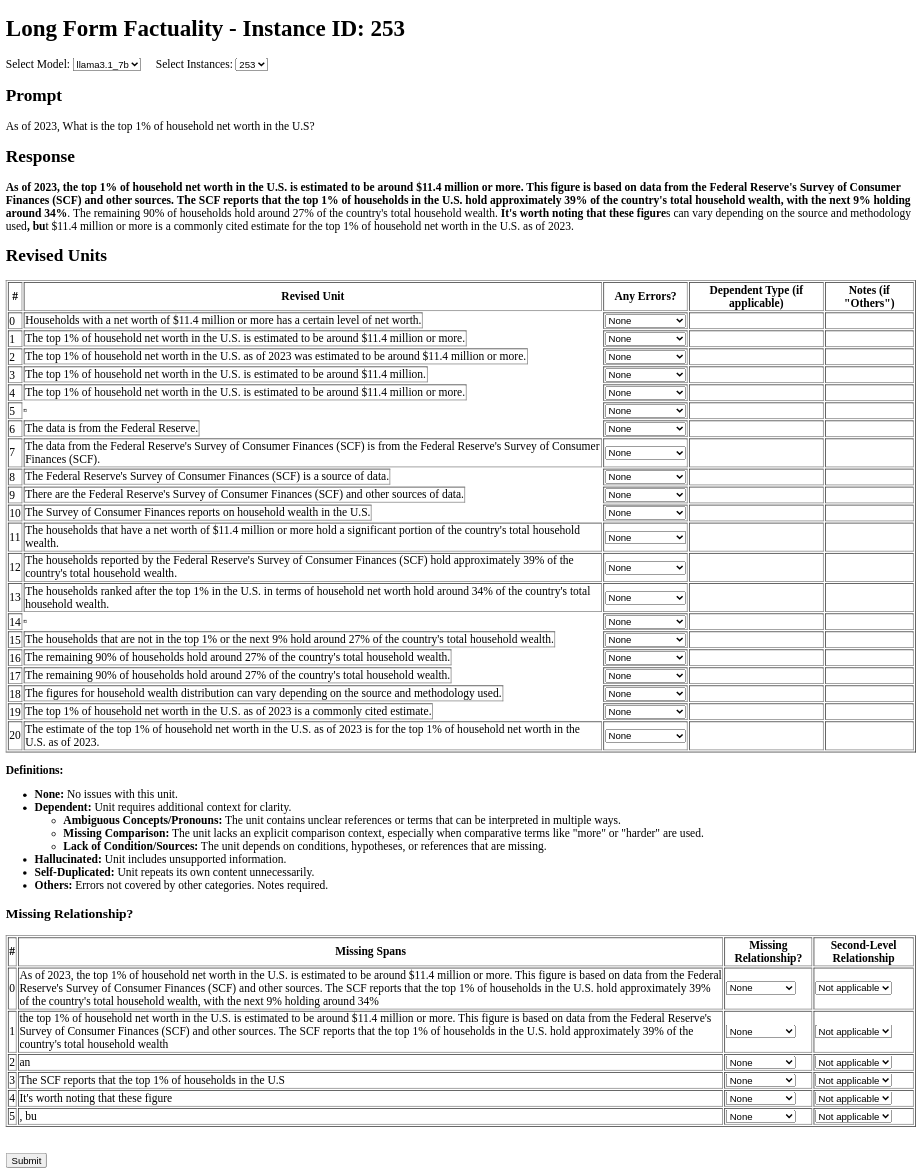
Repository: ShezaMunir/llm_annotation
Page: http://localhost/display/llama3.1_7b/253
An editor plug-in stored every save of this project. The page is shown before and after the next save, followed by the edit.
The browser window is 1280 px wide. The pictures show the whole page, at 72% of full size.
The page is served by the project's application, run on Flask 3 (app.py).

Above is the page before, as saved 2025-01-09 19:54:28.

After the next save:
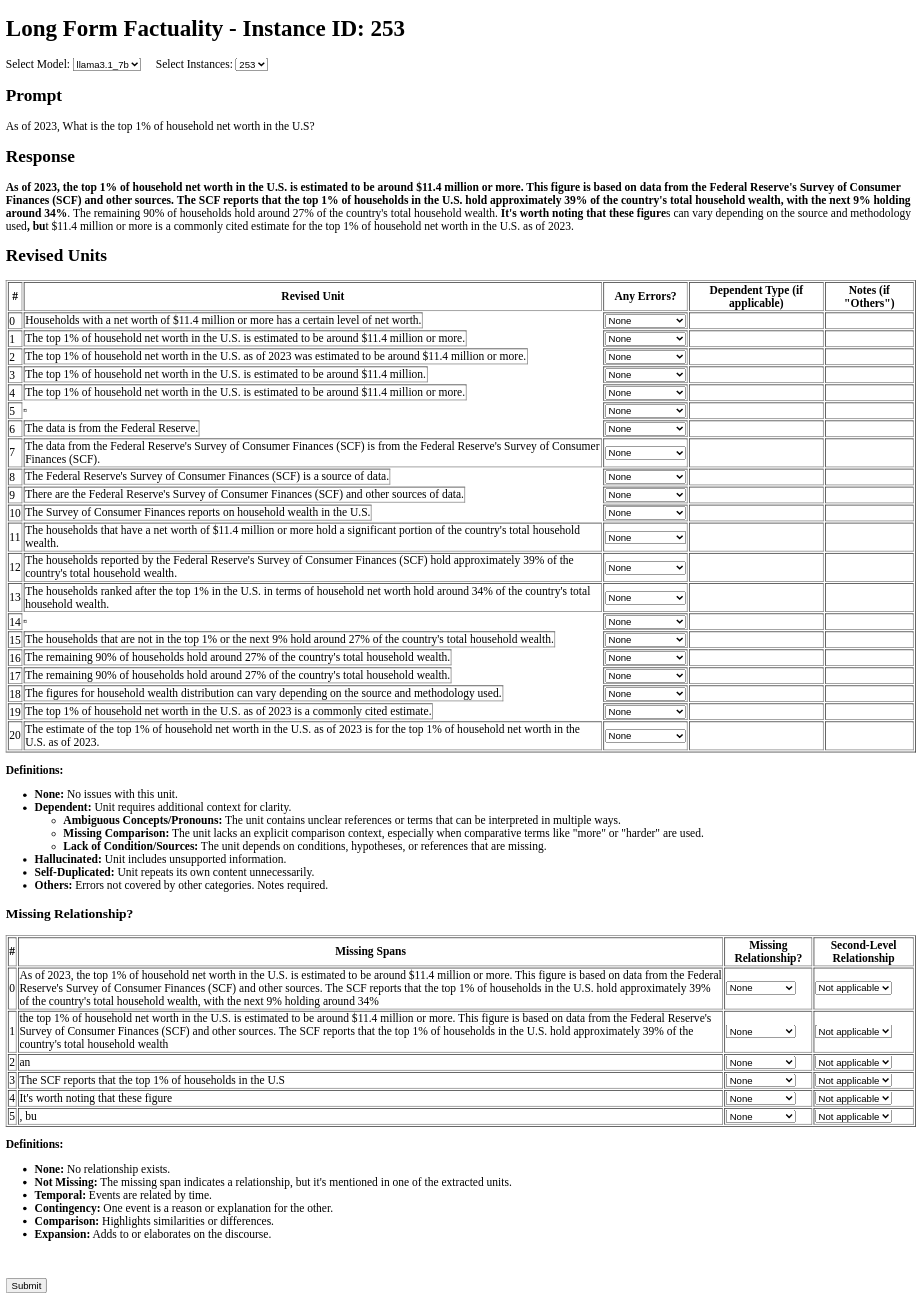
Saved 5 min 41 s later.
--- a/3rd_round_long_form_factuality_annotation/templates/display.html
+++ b/3rd_round_long_form_factuality_annotation/templates/display.html
@@ -193,6 +193,16 @@
                     </tr>
                 {% endfor %}
             </table>
+            <!-- Definitions for Relationships -->
+            <p><strong>Definitions:</strong></p>
+            <ul>
+                <li><strong>None:</strong> No relationship exists.</li>
+                <li><strong>Not Missing:</strong> The missing span indicates a relationship, but it's mentioned in one of the extracted units.</li>
+                <li><strong>Temporal:</strong> Events are related by time.</li>
+                <li><strong>Contingency:</strong> One event is a reason or explanation for the other.</li>
+                <li><strong>Comparison:</strong> Highlights similarities or differences.</li>
+                <li><strong>Expansion:</strong> Adds to or elaborates on the discourse.</li>
+            </ul>
 
             <script>
                 const secondLevelOptions = {
